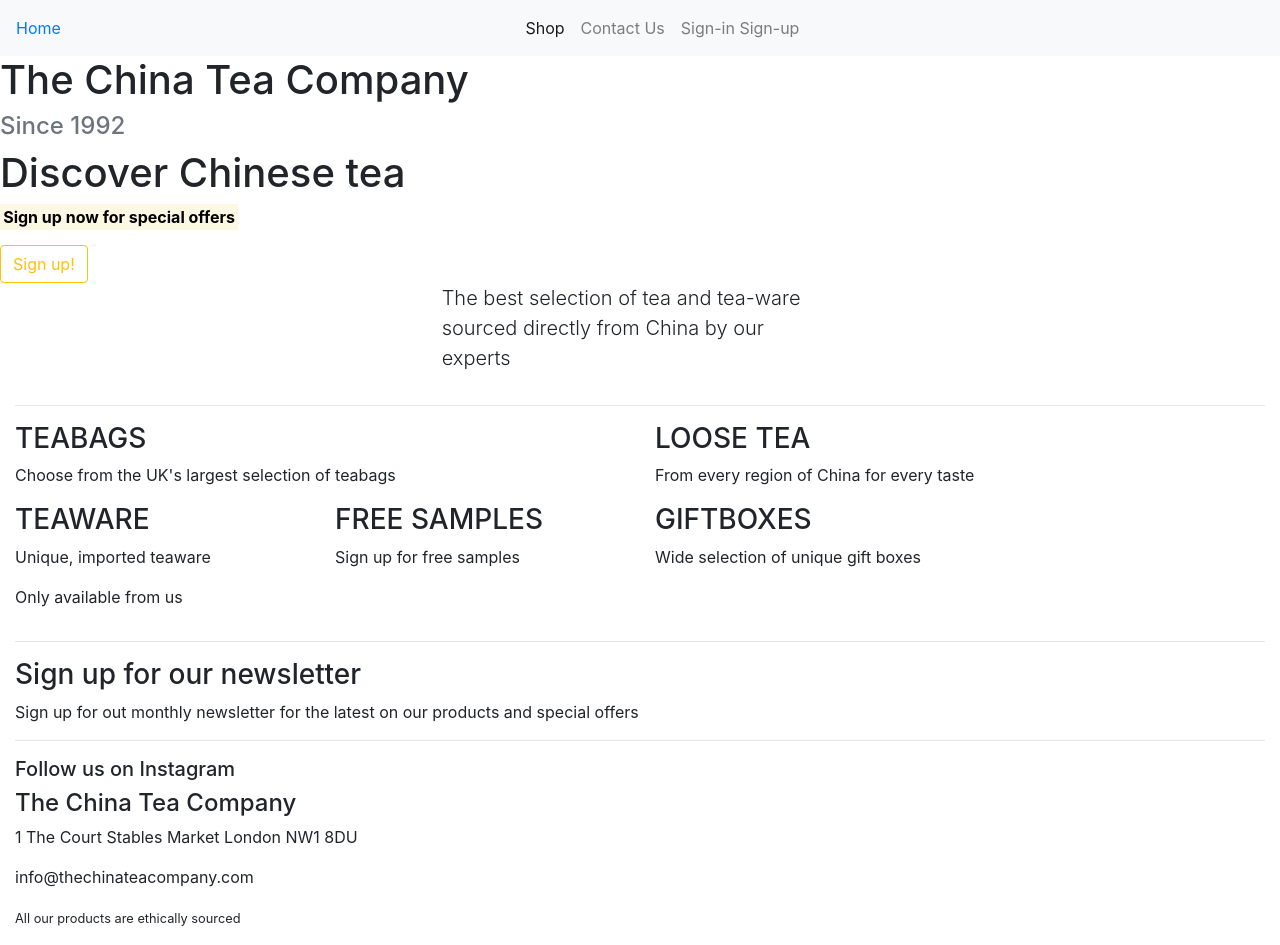
Repository: Code-Institute-Submissions/china-tea
Page: index.html
The author's editor kept a record of every edit. The page is drawn from the files as they stood at one moment, then again after the next edit.
The browser window is 1280 px wide. The pictures show the whole page.

Above is the page before.
Console error: TypeError: Cannot read properties of undefined (reading 'fn')

After the next edit:
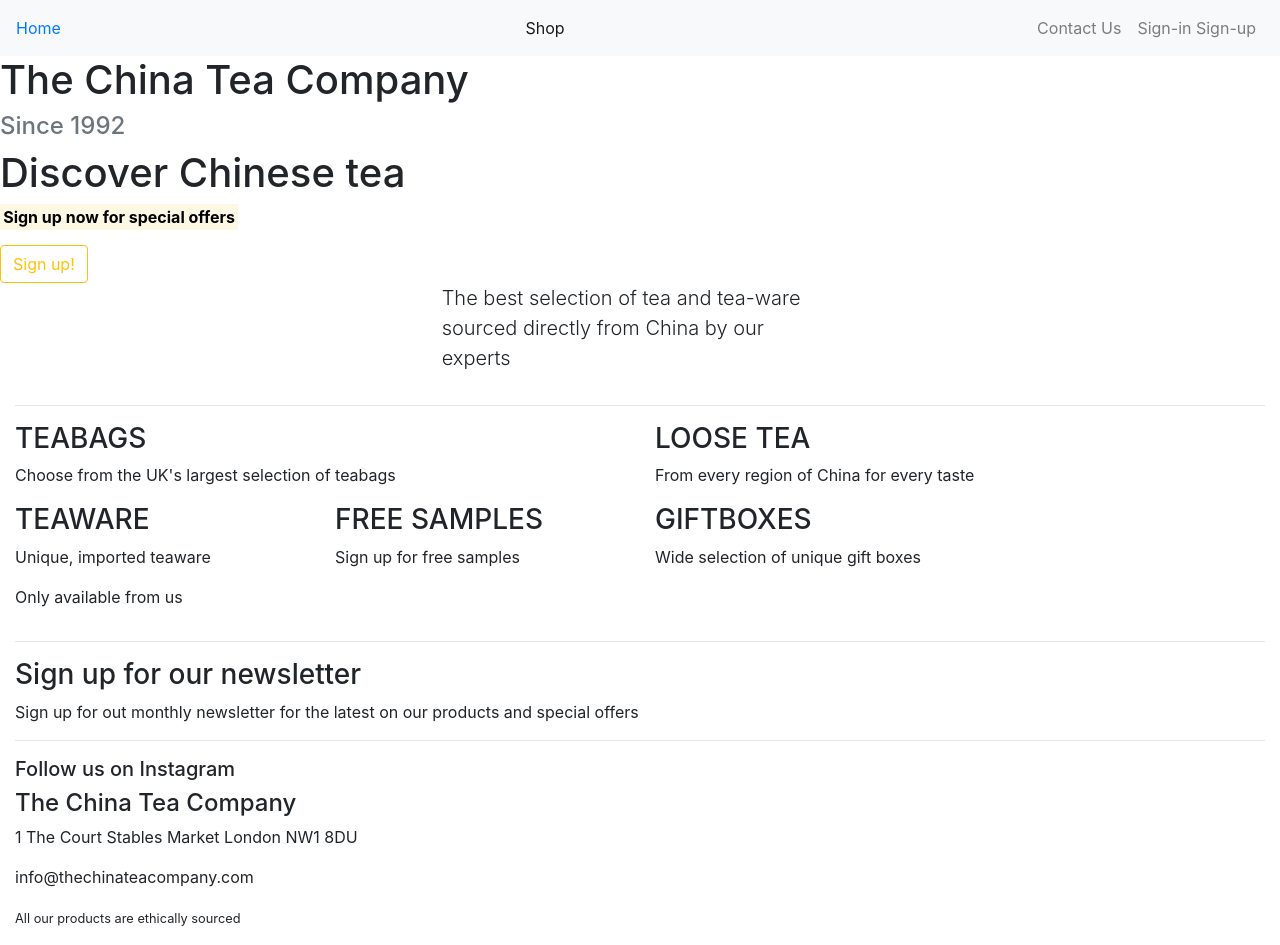
The edit:
--- a/index.html
+++ b/index.html
@@ -19,8 +19,9 @@
         <ul class="navbar-nav mx-auto">
             <li class="active nav-item "><a class="nav-link" href="/">Shop</a></li>
 
-
-            <ul class="navbar-nav ml-auto">
+</ul>
+<div class="d-none d-md-block">
+            <ul class="navbar-nav ml-auto ">
 
                 <li class="nav-item"><a class="nav-link" href="/contact">Contact Us</a></li>
                 <li class="nav-item"><a class="nav-link" href="/sign-in">Sign-in Sign-up</a></li>
